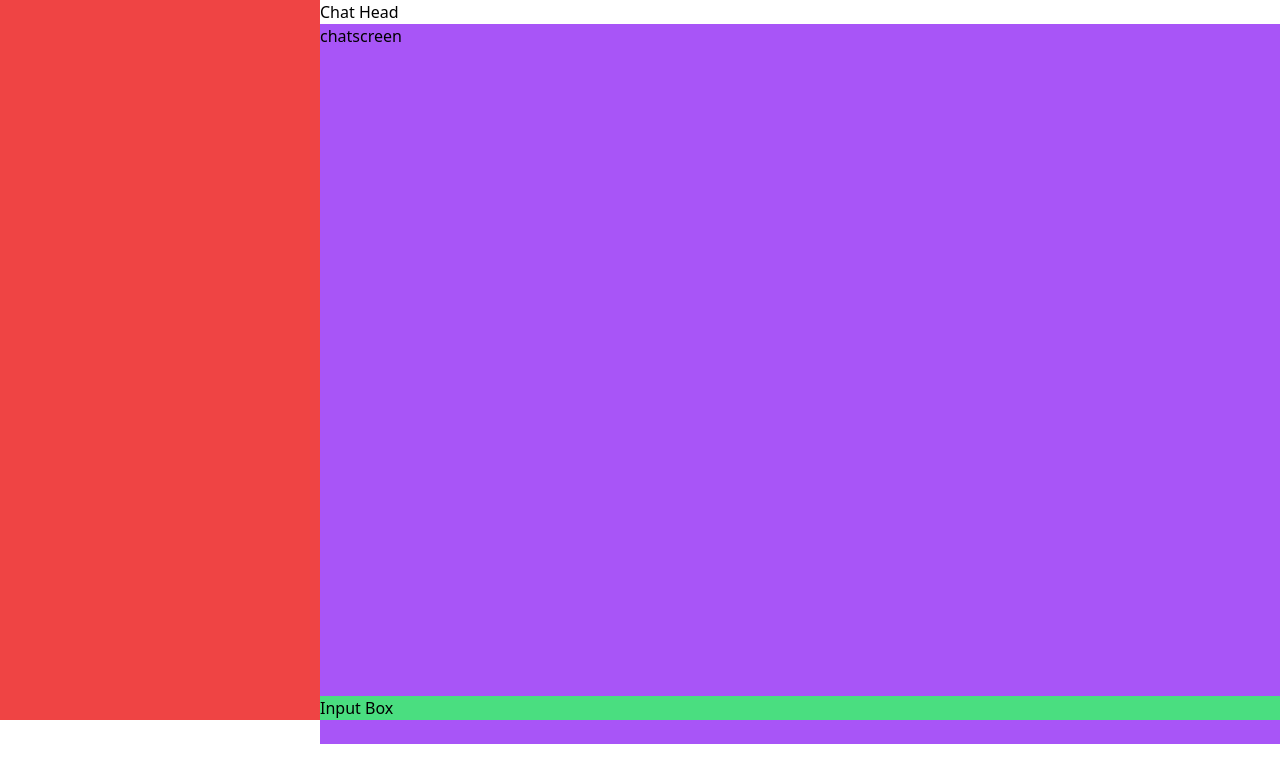
Repository: theanmol-raj/whatsapp
Page: /
These files come from the project's save history. The page is drawn as it stood at one moment and after the next save; the edit follows.
The browser window is 1280 px wide. The pictures show the whole page.
The project was rebuilt for these pictures with package versions that can differ from the ones it lists, and the page was loaded fresh each time.

Above is the page before, as saved 2022-12-03 21:32:06.

After the next save:
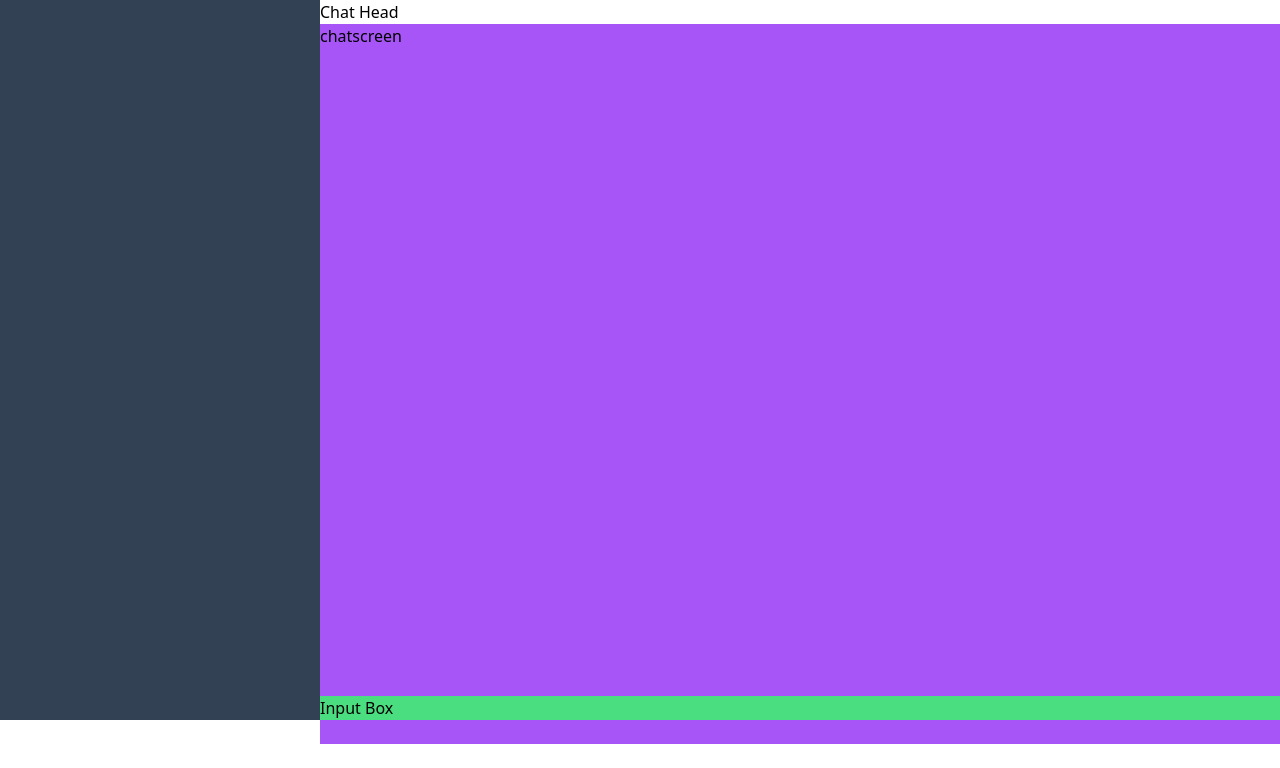
Saved 27 s later.
--- a/src/Components/ContactList.jsx
+++ b/src/Components/ContactList.jsx
@@ -2,7 +2,7 @@ import React from 'react'
 
 function ContactList() {
   return (
-    <div>
+    <div className=' bg-slate-700'>
 
 
     </div>
